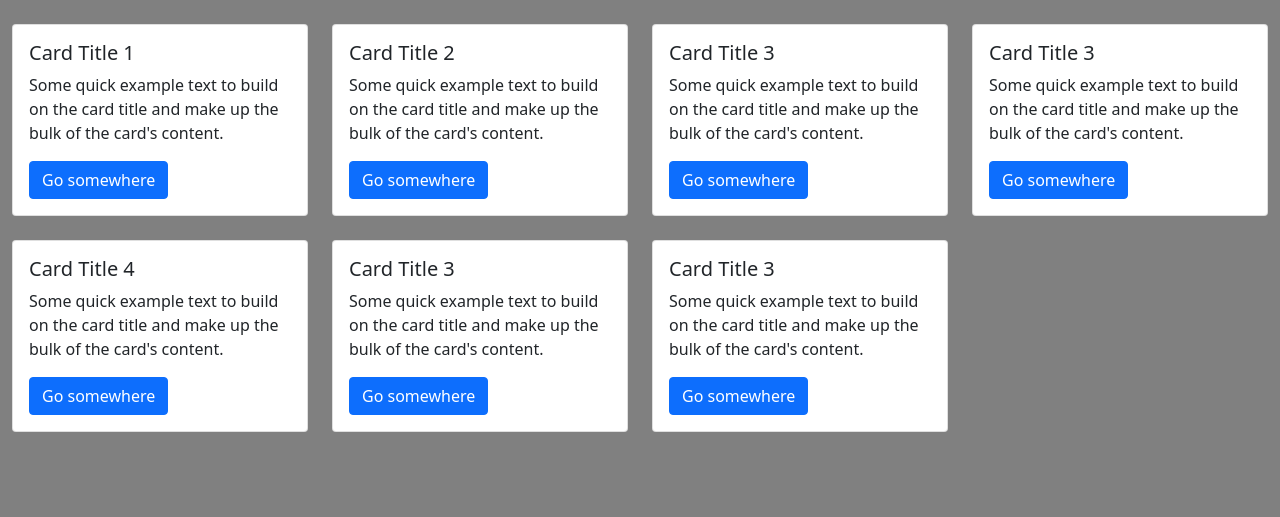
Repository: Dayvid0/BOOTSTRAP-TUTORIALS
Page: BOOTSTRAP-GRID-LAYOUTS/layouts.html
The author's editor kept a copy of each file at every save. The page is drawn from the files as they stood at one save, then again after the next save.
The browser window is 1280 px wide. The pictures show the whole page.

Above is the page before, as saved 2025-01-24 15:21:04.

After the next save:
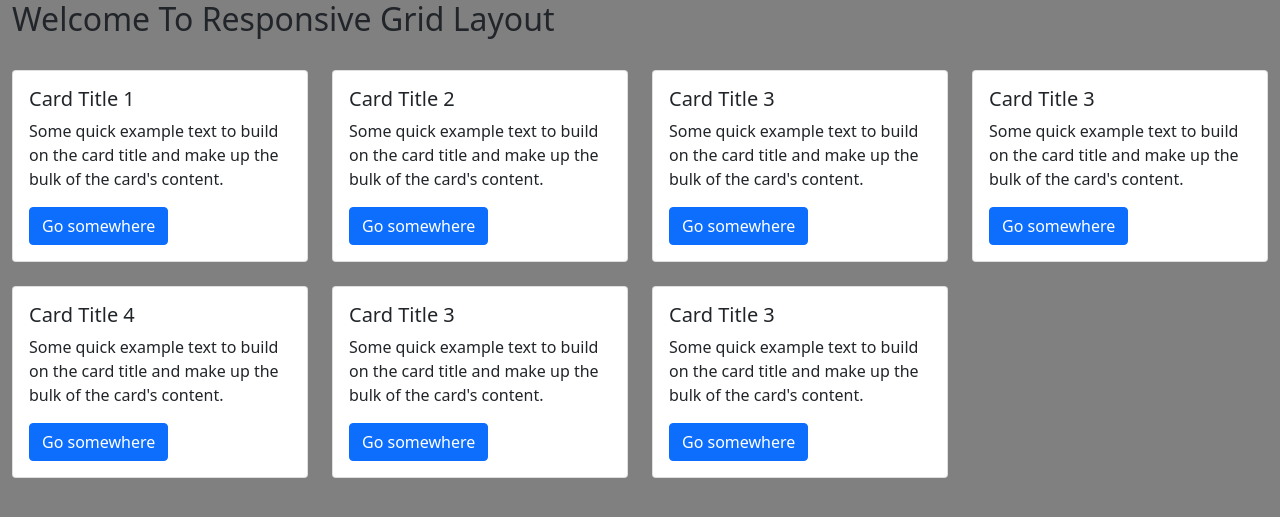
Saved 40 s later.
--- a/BOOTSTRAP-GRID-LAYOUTS/layouts.html
+++ b/BOOTSTRAP-GRID-LAYOUTS/layouts.html
@@ -15,6 +15,7 @@
   </head>
   <body>
     <div class="container-fluid">
+      <h2>Welcome To Responsive Grid Layout</h2>
       <div class="row pt-4">
         <!-- Card 1 -->
         <div class="col-md-3 pb-4">
